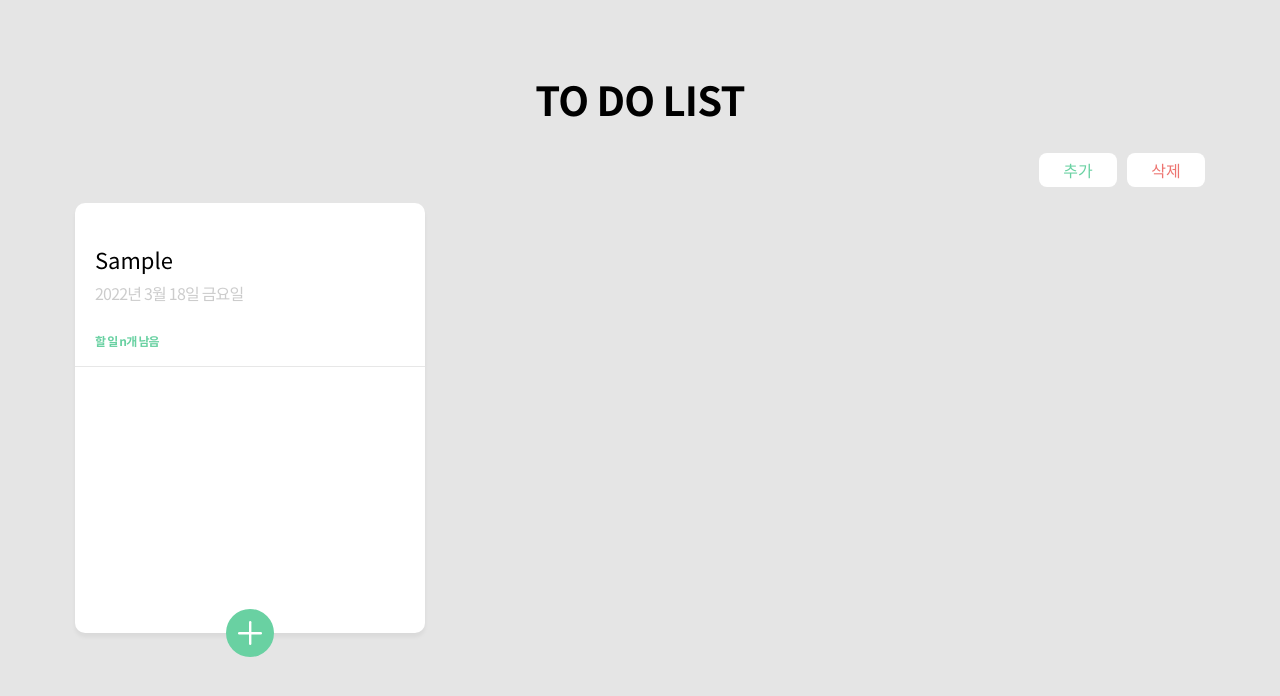
Repository: KIMSEOUNYOUNG/toDoList
Page: skin/main.html
These files come from the project's save history. The page is drawn as it stood at one moment and after the next save; the edit follows.
The browser window is 1280 px wide. The pictures show the whole page.
Empty fields were first filled with sample values (such as "Sample", 5 or name@example.com).
After loading, the first visible `button.del` was clicked once.

Above is the page before, as saved 2022-04-27 16:04:56.

### skin/main.html
<!DOCTYPE html>
<html lang="en">
<head>
    <meta charset="UTF-8">
    <meta http-equiv="X-UA-Compatible" content="IE=edge">
    <meta name="viewport" content="width=device-width, initial-scale=1.0">
    <title>To Do List</title>
    <!-- web font -->
    <link href="https://fonts.googleapis.com/css2?family=Noto+Sans+KR:wght@400;500;700&display=swap" rel="stylesheet">
    <!-- css -->
    <link rel="stylesheet" href="../resource/css/reset.css">
    <link rel="stylesheet" href="../resource/css/common.css">
    <link rel="stylesheet" href="../resource/css/style.css">
    <!-- js -->
    <script src="https://code.jquery.com/jquery-3.6.0.min.js"></script>
    <script src="../resource/js/main.js"></script>
</head>
<body>
    <div id="con" class="con">
        <div class="wrap">
            <h2 class="con_tit t_center">to do list</h2>
            <div class="btn_box">
                <button class="btn plus">추가</button>
                <button class="btn del ml_10">삭제</button>
                <button class="btn del chk ml_10">삭제</button>
            </div>
            <div class="row wp mb_75">

                <div class="col_8">

                    <label class="del_chk">
                        <input type="checkbox" disabled>
                        <div class="tdList_box">

                            <div class="tdList_tit_box">
                                <input type="text" class="tdList_tit bn p_0" placeholder="제목을 입력하세요">
                                <p class="tdList_date">2022년 3월 18일 금요일</p>
                                <div class="tdList_remain"><b>할 일 n개 남음</b></div>
                            </div>

                                <ul class="tdList_list_box">

                                    <!-- <li>
                                        <label for="toDoList" class="fm_ch">
                                            <input class="chBox" type="checkbox" name="" id="toDoList">
                                            <div id="td_result" class="tdList_list_txt">할 일을 적어봅시다.</div>
                                            <button class="list_del">
                                                <i class="icon_trash"></i>
                                            </button>
                                        </label>
                                    </li> -->

                                </ul>

                            <div class="txt_box toggle_on">
                                <form >
                                    <input type="text" style="display: none;">
                                    <!-- <input class="bn" id="td_add" type="text" onkeypress="if(window.event.keyCode == 13){tdPrint();}" placeholder="할 일을 입력 후, Enter를 누르세요."> -->
                                    <input class="bn" id="td_add" type="text" onkeypress="tdPrint()" placeholder="할 일을 입력 후, Enter를 누르세요." value="">
                                </form>
                            </div>
                            <div class="tdList_btn_box toggle_on">
                                <button class="tdList_btn">
                                    <i class="icon_plus"></i>
                                </button>
                            </div>

                        </div>
                    </label>

                </div>

            </div>
        </div>
    </div>
</body>
<script>
    // 입력 박스 이벤트
    const plusBtn = document.querySelectorAll(".tdList_btn");

    plusBtn.forEach(function(btn){
        btn.addEventListener("click", function(){
            var btnBox = btn.parentNode;
            var tdListBox = btnBox.parentNode;
            var toggleOn = $(tdListBox).children('.toggle_on');

            // console.log(toggleOn);
            $(toggleOn).toggleClass('on');
        });
    });

    // 모바일 클릭 이벤트
    var winWidth = window.innerWidth;

    var $tdBox = document.querySelectorAll('.tdList_box');

    $tdBox.forEach(function(el){

        if(winWidth <= 720){
            $(el).on('click', function(e){
                $(this).addClass('mob_on');
            });
        } else {
            $($tdBox).off('click').removeClass('mob_on');
        }
    });
    // // 리사이징
    window.addEventListener('resize', function(){
        var winWidth = window.innerWidth;

        var $tdBox = document.querySelectorAll('.tdList_box');

        $tdBox.forEach(function(el){

            if(winWidth <= 720){
                $(el).on('click', function(e){
                    $(this).addClass('mob_on');
                });
            } else {
                $($tdBox).off('click').removeClass('mob_on');
            }
        });
    });

    // toDoList 추가 이벤트
    function tdPrint(){
        var tdTxt = document.getElementById('td_add');

        if(window.event.keyCode == 13){
            var tdAdd = tdTxt.value;

            var tdLBox =  document.querySelector(".tdList_list_box");
            var newList = document.createElement("li");

            $(newList).append('<label for="toDoList" class="fm_ch"><input class="chBox" type="checkbox" name="" id="toDoList"><div id="td_result" class="tdList_list_txt">'+ tdAdd +'</div><button class="list_del"><i class="icon_trash"></i></button></label></li>');

            tdLBox.appendChild(newList);
        }
        tdTxt.value = null;
    }

    // tdList_box 삭제
    function tdBoxDel(){
        if($tdBox < 1){
            alert('삭제할 리스트가 없습니다.');
        } else {
            alert($(this));
        }
    }

    $('.btn.del:not(.chk)').on('click', tdBoxDel)

</script>
</html>

### resource/css/reset.css
/*
html5doctor.com Reset Stylesheet
v1.6.1
Last Updated: 2010-09-17
Author: Richard Clark - http://richclarkdesign.com
Twitter: @rich_clark
*/

/* color */
:root {
	--gray1: #e7e7e7;
	--gray2: #f5f5f5;
	--green: #69D1A2;
	--red: #ED7470;
}

html, body, div, span, object, iframe,
h1, h2, h3, h4, h5, h6, p, blockquote, pre,
abbr, address, cite, code,
del, dfn, em, img, ins, kbd, q, samp,
small, strong, sub, sup, var,
b, i,
dl, dt, dd, ol, ul, li,
fieldset, form, label, legend,
table, caption, tbody, tfoot, thead, tr, th, td,
article, aside, canvas, details, figcaption, figure,
footer, header, hgroup, menu, nav, section, summary,
time, mark, audio, video {
  margin: 0;
  padding: 0;
  border: 0;
  outline: 0;
  font-size: 100%;
  vertical-align: baseline;
  background: transparent;
}

article, aside, details, figcaption, figure,
footer, header, hgroup, menu, nav, section {
  display: block;
}

blockquote, q {
  quotes: none;
}

blockquote:before, blockquote:after,
q:before, q:after {
  content: "";
  content: none;
}

a {
  margin: 0;
  padding: 0;
  font-size: 100%;
  vertical-align: baseline;
  background: transparent;
  color: #222;
}

/* change colours to suit your needs */
ins {
  background-color: transparent;
  color: #000;
  text-decoration: none;
}

/* change colours to suit your needs */
mark {
  font-style: italic;
  line-height: initial;
}

del {
  text-decoration: line-through;
}

abbr[title], dfn[title] {
  border-bottom: 1px dotted;
  cursor: help;
}

table {
  border-collapse: collapse;
  border-spacing: 0;
}

/* change border colour to suit your needs */
hr {
  display: block;
  height: 1px;
  border: 0;
  border-top: 1px solid #cccccc;
  margin: 1em 0;
  padding: 0;
}

input, textarea {
  appearance: none;
  -webkit-appearance: none;
  -webkit-border-radius: 0;
}

input, select {
  vertical-align: middle;
}

input:-webkit-autofill:hover, input:-webkit-autofill:focus, input:-webkit-autofill:active {
  transition: background-color 5000s ease-in-out 0s;
  -webkit-transition: background-color 9999s ease-out;
  -webkit-box-shadow: 0 0 0px 1000px rgba(255, 255, 255, 0) inset !important;
}

select {
  font-family: inherit;
  -webkit-appearance: none;
  -moz-appearance: none;
  appearance: none;
  -webkit-border-radius: 0;
  -moz-border-radius: 0;
  -o-border-radius: 0;
  border-radius: 0;
}
select::-ms-expand {
  display: none;
}

ul, ol, li {
  list-style: none;
}

input {
  font-family: inherit;
  -webkit-appearance: none;
  -moz-appearance: none;
  appearance: none;
}

/* input box color */
input:-webkit-autofill {
  -webkit-box-shadow: 0 0 0 30px #ffffff inset;
  -webkit-t-fill-color: #000000;
}

input:-webkit-autofill, input:-webkit-autofill:hover,
input:-webkit-autofill:focus,
input:-webkit-autofill:active {
  transition: background-color 5000s ease-in-out 0s;
}

textarea {
  font-family: inherit;
}

input[type=button],
input[type=submit],
button {
  font-family: inherit;
  background: transparent;
  border: none;
  box-shadow: none;
  border-radius: 0;
  padding: 0;
  overflow: visible;
  cursor: pointer;
  color: inherit;
  -webkit-appearance: none;
  -moz-appearance: none;
  appearance: none;
}

button:active,
button:focus {
  outline: none;
}

img {
  -ms-interpolation-mode: bicubic !important;
}

html {
  font-size: 100%;
  -webkit-text-size-adjust: none;
  -ms-text-size-adjust: none;
  letter-spacing: -0.05em;
}

a {
  text-decoration: none;
  color: inherit;
}

* {
  box-sizing: border-box;
}
*:before, *:after {
  box-sizing: border-box;
}

/*# sourceMappingURL=reset.css.map */

### resource/css/common.css
@charset "UTF-8";

/* font */
html, body {
    font-family: "Noto Sans KR", sans-serif;
    background-color: #E5E5E5;
}

/* align */
.t_center {
    text-align: center;
}
/* font-size */

/* wrap */
.wrap {
    max-width: 1160px;
    width: 100%;
    margin: 0 auto;
    padding: 0 15px;
}

/* tit */
.con_tit {
    font-size: 40px;
    font-weight: 700;
    text-transform: uppercase;
    padding: 70px 0 25px;
}

/* flex wrap */
.row {
    display: flex;
    flex-direction: row;
    flex-wrap: wrap;
}
.row.wp {
    margin-top: -64px;
    margin-left: -20px;
    margin-right: -20px;
}
.row .col_8 {
    flex: 0 1 auto;
    width: 33.333333%;
    padding: 64px 20px 0 20px;
}

/* padding margin */
.p_0 {
    padding: 0;
}
.ml_10 {
    margin-left: 10px;
}
.mb_75 {
    margin-bottom: 75px;
}

/* button */
.btn {
    display: block;
    width: 78px;
    height: 34px;
    font-size: 1rem;
    border-radius: 8px;
    line-height: 34px;
    background-color: #fff;
    transition: background-color .3s, color .3s;
}
.btn.plus {
    color: var(--green);
}
.btn.plus:hover {
    background-color: var(--green);
    color: #fff;
}
.btn.del {
    color: var(--red);
}
.btn.del:hover {
    background-color: var(--red);
    color: #fff;
}
.btn.del.chk {
    background-color: var(--red);
    color: #fff;
    display: none;
}
/* input */
.bn {
    border: unset;
    outline: none;
}
/* checkbox */
.fm_ch {
    position: relative;
    width: 100%;
}
/* .fm_ch > input[type=text] {
    width: calc(100% - 39px);
} */
label {
    position: relative;
}
input[type=checkbox]{
    position: absolute;
    top: 0;
    left: 0;
    line-height: 0;
    font-size: 0;
    width: 0;
    height: 0;
    color: transparent;
    overflow: hidden;
    opacity: 0;
}
.del_chk input[type=checkbox]:checked + .tdList_box::after {
    box-shadow: 0 0 0 3px var(--red) inset;
    /* background-color: #eee; */
}
.fm_ch .chBox {
    position: relative;
    display: inline-block;
    vertical-align: middle;
    cursor: pointer;
    width: 24px;
    height: 24px;
    margin: unset;
    margin-right: 15px;
    opacity: 1;
}
.fm_ch .chBox::before,
.fm_ch .chBox::after {
    content: '';
    display: block !important;
    position: absolute;
    left: 50%;
    top: 50%;
    width: 100%;
    height: 100%;
    transform: translate(-50%, -50%);
    background-repeat: no-repeat;
    background-position: center center;
}
.fm_ch .chBox::before {
    border: 1px solid #ccc;
    border-radius: 50%;
}
.fm_ch .chBox::after{
    transform: translate(-50%, -50%) scale(0);
    background-image: url("data:[embedded picture, 209 characters]");
}
.fm_ch input[type=checkbox]:checked::before {
    border-color: var(--green);
}
.fm_ch input[type=checkbox]:checked::after {
    transform: translate(-50%, -50%) scale(1);
}
.fm_ch input[type=checkbox]:checked + .tdList_list_txt {
    color: #ccc;
}

/* icon */
i[class*=icon_], i[class^=icon_] {
    display: inline-block;
    text-align: center;
    text-indent: -9999px;
    font-size: 1px;
    overflow: hidden;
    width: 24px;
    height: 24px;
    background-position: center;
    background-repeat: no-repeat;
    background-size: auto;
    vertical-align: middle;
}
i.icon_plus {
    background-image: url("data:[embedded picture, 345 characters]");
    background-size: contain;
}
i.icon_chk {
    background-image: url("data:[embedded picture, 209 characters]");
    width: 14px;
    height: 12px;
    background-size: contain;
}
i.icon_trash {
    background-image: url("data:[embedded picture, 1091 characters]");
    width: 30px;
    height: 30px;
    background-size: contain;
}

### resource/css/style.css
:root {
    --display: none;
}

.con {
    overflow: hidden;
}
.btn_box {
    position: relative;
    margin-left: auto;
    display: flex;
    align-items: center;
    justify-content: flex-end;
    margin-bottom: 16px;
    z-index: 5;
}

.tdList_box {
    position: relative;
    padding: 40px 20px;
    background-color: #fff;
    height: 430px;
    border-radius: 10px;
    box-shadow: 0 4px 4px 0 rgba(0, 0, 0, .05);
    /* overflow: hidden; */
}
.tdList_box::after {
    content: '';
    position: absolute;
    display: var(--display);
    width: 100%;
    height: 100%;
    top: 0;
    left: 0;
    background-color: rgba(0, 0, 0, 0);
    border-radius: 10px;
    z-index: 100;
}
.tdList_box .tdList {
    width: 100%;
    height: 100%;
    overflow-x: hidden;
    overflow-y: auto;
}
.tdList_box .tdList_tit_box {
    position: relative;
    line-height: 1;
}
.tdList_box .tdList_tit_box::after {
    content: '';
    position: absolute;
    display: inline-block;
    width: calc(100% + 40px);
    height: 1px;
    background-color: var(--gray1);
    left: -20px;
    bottom: 0;
    z-index: 100;
}
.tdList_box .tdList_tit_box .tdList_tit {
    display: block;
    font-size: 22px;
    font-weight: 500;
    width: 100%;
    overflow: hidden;
    text-overflow: ellipsis;
    white-space: nowrap;
}
.tdList_box .tdList_tit_box .tdList_tit::placeholder {
    color: #000;
}
.tdList_box .tdList_tit_box .tdList_date {
    font-size: 14;
    font-weight: 400;
    color: #ccc;
    margin-top: 10px;
}
.tdList_box .tdList_tit_box .tdList_remain {
    font-size: 12px;
    color: var(--green);
    margin-top: 34px;
    padding-bottom: 20px;
}
.tdList_box .tdList_list_box {
    margin-top: 25px;
    width: 100%;
    height: 200px;
    overflow-x: hidden;
    overflow-y: auto;
}
.tdList_box .tdList_list_box::-webkit-scrollbar {
    width: 5px;
}
.tdList_box .tdList_list_box::-webkit-scrollbar-thumb {
    background-color: #bbb;
    border-radius: 10px;
}
.tdList_box .tdList_list_box::-webkit-scrollbar-track {
    background-color: #eee;
    border-radius: 10px;
}
.tdList_box .tdList_list_box li:not(:first-child) {
    margin-top: 15px;
}
.tdList_box .tdList_list_box li .fm_ch {
    position: relative;
    display: flex;
    align-items: center;
    justify-content: flex-start;
}
.tdList_box .tdList_list_box li label .tdList_list_txt {
    display: block;
    width: calc(100% - 69px);
    overflow: hidden;
    text-overflow: ellipsis;
    white-space: nowrap;
    font-size: 1rem;
}
.tdList_box .tdList_list_box li label .list_del {
    margin-left: auto;
    opacity: 0;
}
.tdList_box .tdList_list_box li:hover label .list_del {
    opacity: 1;
}
.tdList_box .txt_box {
    position: absolute;
    display: none;
    padding: 15px 30px;
    width: 100%;
    height: 90px;
    left: 0;
    bottom: 0;
    background-color: var(--gray2);
    border-radius: 0 0 10px 10px;
}
.tdList_box .txt_box.on {
    display: block;
}
.tdList_box .txt_box::after {
    content: '';
    position: absolute;
    display: inline-block;
    width: 100%;
    height: 1px;
    background-color: var(--gray1);
    top: 0;
    left: 0;
}
.tdList_box .txt_box input {
    width: 100%;
    padding: 12px 10px;
    border-radius: 3px;
    font-size: 12px;
}
.tdList_box .txt_box input::placeholder {
    color: #A1A1A1;
}
.tdList_box .tdList_btn_box {
    position: absolute;
    display: block;
    width: 48px;
    height: 48px;
    left: 50%;
    bottom: -48px;
    transform: translate(-50%, -24px);
    z-index: 10;
}
.tdList_box .tdList_btn_box .tdList_btn {
    display: flex;
    align-items: center;
    /* justify-content: center; */
    width: 100%;
    height: 100%;
    border-radius: 50%;
    background-color: var(--green);
}
.tdList_box .tdList_btn_box.on .tdList_btn {
    background-color: var(--red);
}
.tdList_box .tdList_btn_box .tdList_btn i {
    margin: 0 auto;
    transition: transform .3s;
}
.tdList_box .tdList_btn_box.on .tdList_btn i {
    transform: rotate(45deg);
}

/* 미디어 쿼리 */

@media screen and (max-width: 1160px){
    .tdList_box {
        height: 37.0690vw;
    }
}
@media screen and (max-width: 1024px){
    .row .col_8 {
        width: 50%;
    }
    .tdList_box {
        height: 54.3945vw;
    }
}
@media screen and (max-width: 720px){
    .row .col_8 {
        width: 100%;
    }
    .tdList_box {
        height: auto;
    }
    .tdList_box .tdList_tit_box::after {
        display: none;
    }
    .tdList_tit_box .tdList_remain {
        display: none;
    }
    .tdList_list_box {
        display: none;
        height: auto !important;
        margin-bottom: 70px;
    }
    .tdList_box .tdList_btn_box {
        display: none;
    }
    /* mob_on */
    .tdList_box.mob_on .tdList_tit_box::after {
        display: block;
    }
    .tdList_box.mob_on .tdList_remain {
        display: block;
    }
    .tdList_box.mob_on .tdList_list_box {
        display: block;
    }
    .tdList_box.mob_on .tdList_list_box label .list_del {
        opacity: 1;
    }
    .tdList_box.mob_on .txt_box {
        display: block;
    }
}

Loaded but not shown: resource/js/main.js (no stored copy; drawn as an empty file)

After the next save:
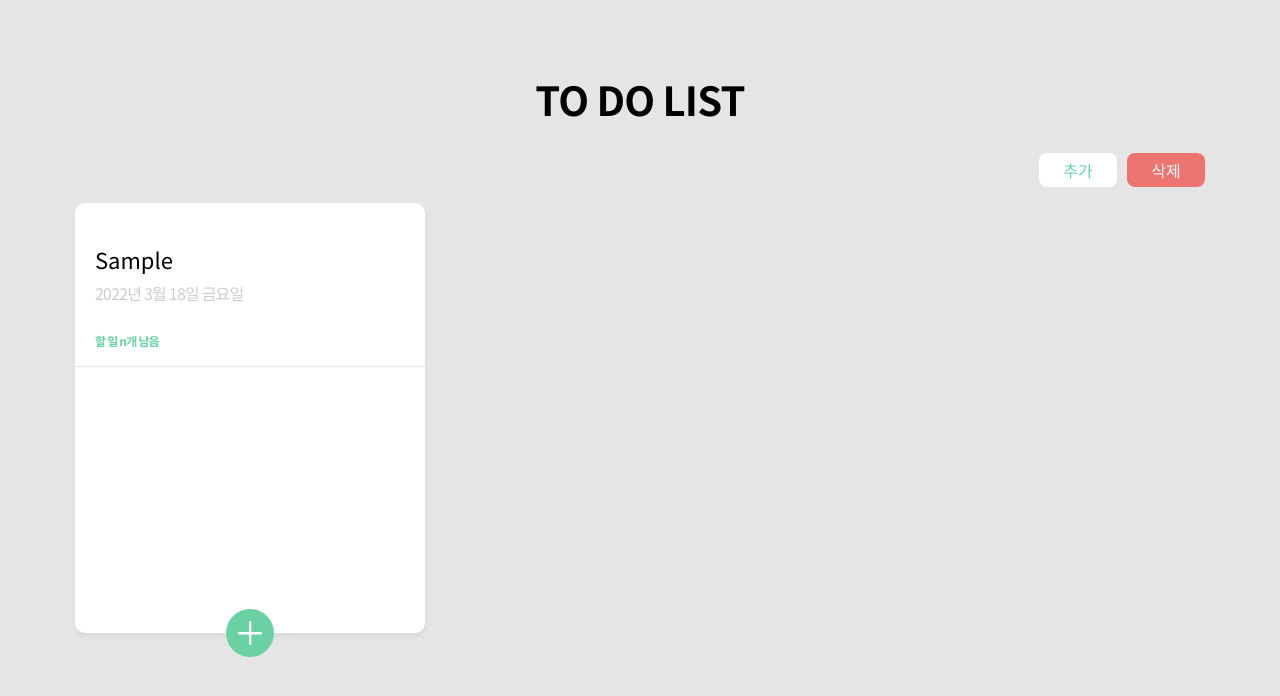
Saved 51 s later.
--- a/skin/main.html
+++ b/skin/main.html
@@ -144,7 +144,7 @@
         if($tdBox < 1){
             alert('삭제할 리스트가 없습니다.');
         } else {
-            alert($(this));
+            $(this).hide().siblings('.btn.del').show();
         }
     }
 

After the save that followed:
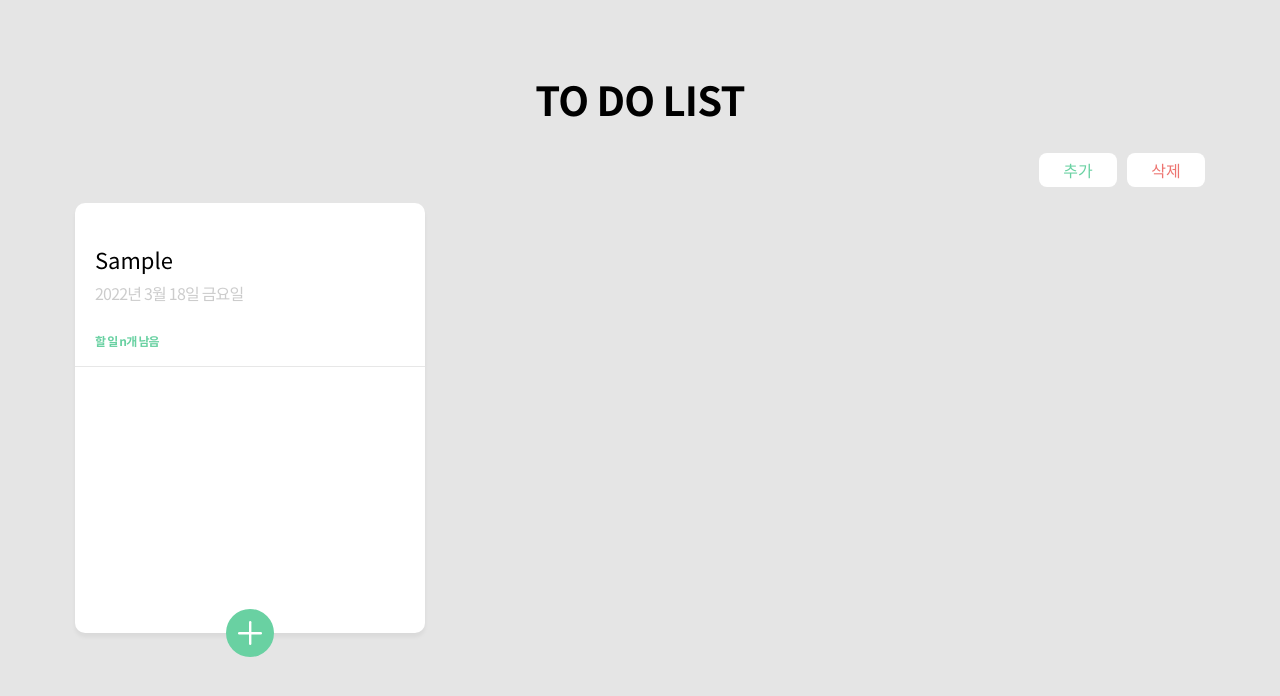
Saved 6 min 17 s later.
--- a/skin/main.html
+++ b/skin/main.html
@@ -141,14 +141,20 @@
 
     // tdList_box 삭제
     function tdBoxDel(){
+        var $delChkBox = document.querySelectorAll('.del_chk > input');
+
+        console.log($delChkBox);
+
+        $(this).hide().siblings('.btn.del').show();
+    }
+
+    $('.btn.del:not(.chk)').on('click', function(){
         if($tdBox < 1){
             alert('삭제할 리스트가 없습니다.');
         } else {
-            $(this).hide().siblings('.btn.del').show();
+            tdBoxDel();
         }
-    }
-
-    $('.btn.del:not(.chk)').on('click', tdBoxDel)
+    });
 
 </script>
 </html>
